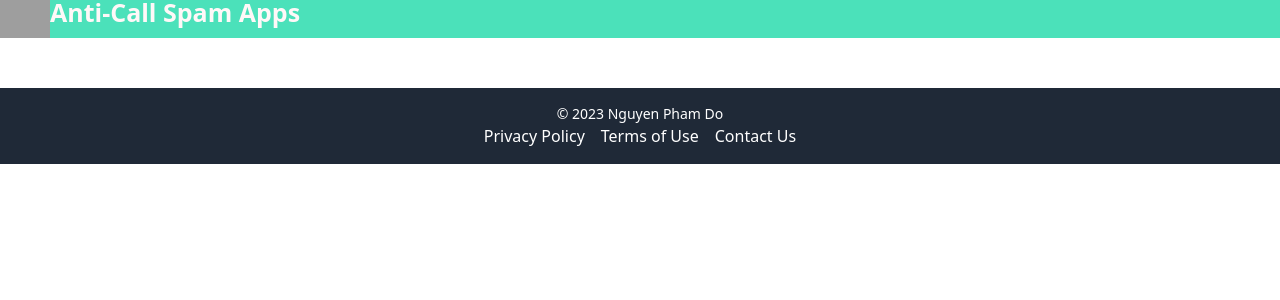
Repository: NPham1402/Web-user-callSpamBlocker
Page: /detail
These files come from the project's save history. The page is drawn as it stood at one moment and after the next save; the edit follows.
The browser window is 1280 px wide. The pictures show the whole page.
Pictures or frames that could not be fetched are drawn as grey boxes. The project was rebuilt for these pictures with package versions that can differ from the ones it lists, and the page was loaded fresh each time. The framework's server and built-in components were replaced by stand-ins that run in the browser. Also part of the build but not shown: next.config.js.

Above is the page before, as saved 2023-02-09 20:41:15.

### pages/detail.js
import Head from "next/head";
import { useRouter } from "next/router";
import React from "react";

function detail() {
  const router = useRouter();
  const {
    query: { id },
  } = router;
  return (
    <>
      {" "}
      <Head>
        <title>Check number spam</title>
        <meta name="description" content="Generated by create next app" />
        <meta name="viewport" content="width=device-width, initial-scale=1" />
        <link rel="icon" href="/favicon.ico" />
      </Head>
      <main className="relative">
        <div className="w-100 flex flex-row h-100x] bg-[#4BE1BA]">
          <img
            src="https://static.callblocker.org/img/logo.png"
            className=" w-[50px]"
          />
          <p className=" leading-none font-Raleway font-semibold text-[25px] text-[#FFF8F8] ">
            Anti-Call Spam Apps
          </p>
        </div>
      </main>
      <footer class="bg-gray-800 mt-[50px] text-white py-4">
        <div class="container mx-auto">
          <p class="text-center text-sm">&copy; 2023 Nguyen Pham Do</p>
          <div class="flex justify-center">
            <a href="#" class="text-white mx-2">
              Privacy Policy
            </a>
            <a href="#" class="text-white mx-2">
              Terms of Use
            </a>
            <a href="#" class="text-white mx-2">
              Contact Us
            </a>
          </div>
        </div>
      </footer>
    </>
  );
}

export default detail;

### styles/globals.css
@tailwind base;
@tailwind components;
@tailwind utilities;
@import url('https://fonts.googleapis.com/css2?family=Raleway:ital&display=swap');

Loaded but not shown: pages/_app.js (common file); pages/_document.js (common file); tailwind.config.js (common file)

After the next save:
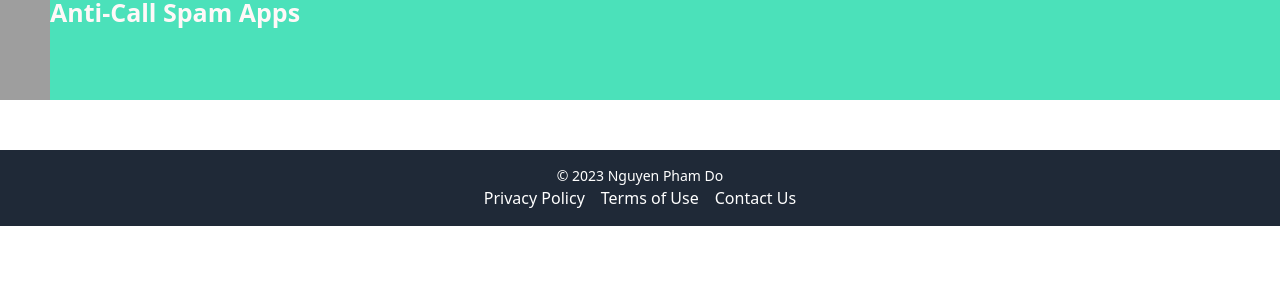
Saved 5 s later.
--- a/pages/detail.js
+++ b/pages/detail.js
@@ -17,7 +17,7 @@ function detail() {
         <link rel="icon" href="/favicon.ico" />
       </Head>
       <main className="relative">
-        <div className="w-100 flex flex-row h-100x] bg-[#4BE1BA]">
+        <div className="w-100 flex flex-row h-[100px] bg-[#4BE1BA]">
           <img
             src="https://static.callblocker.org/img/logo.png"
             className=" w-[50px]"
